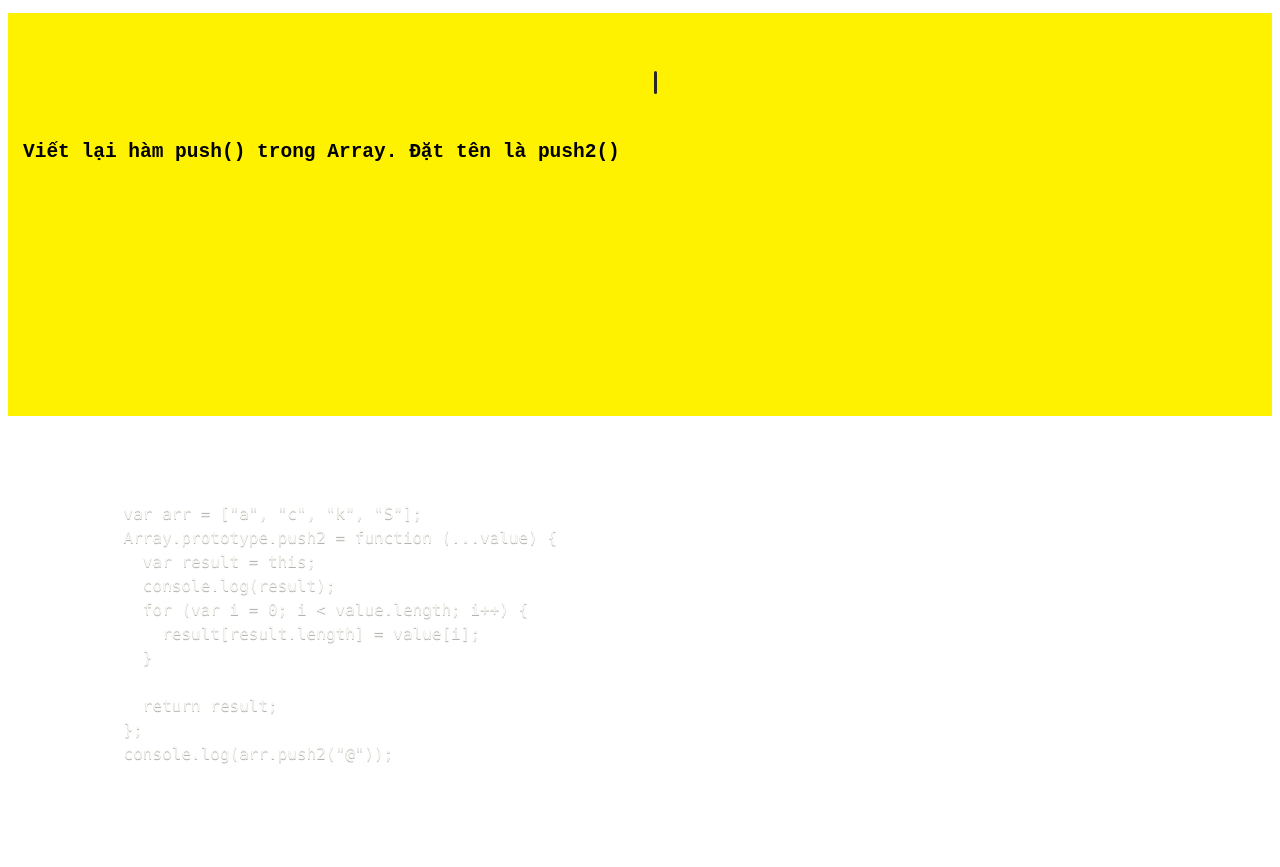
Repository: Dongnguyen318/Quydong
Page: Day 22.1/ex03.html
The author's editor kept a copy of each file at every save. The page is drawn from the files as they stood at one save, then again after the next save.
The browser window is 1280 px wide. The pictures show the whole page.

Above is the page before, as saved 2023-09-05 23:17:39.

After the next save:
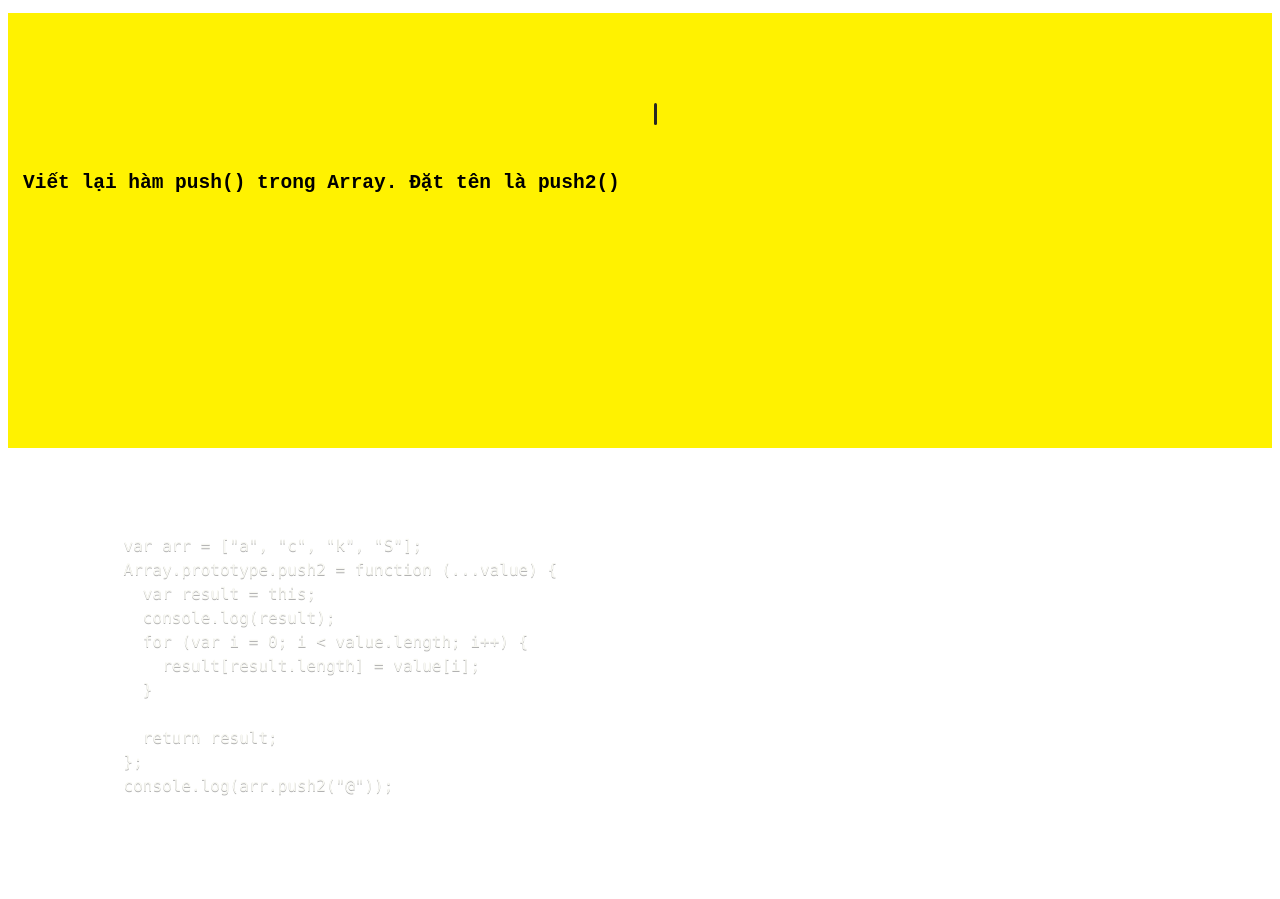
Saved 37 s later.
--- a/Day 22.1/ex03.html
+++ b/Day 22.1/ex03.html
@@ -13,7 +13,7 @@
   <body>
     <pre style="background-color: rgb(255, 242, 0)">
         <code >
-            <h2</h2>
+            <h2></h2>
 <p style="text-align: center;">
     <code class="language-js">
     </code>
